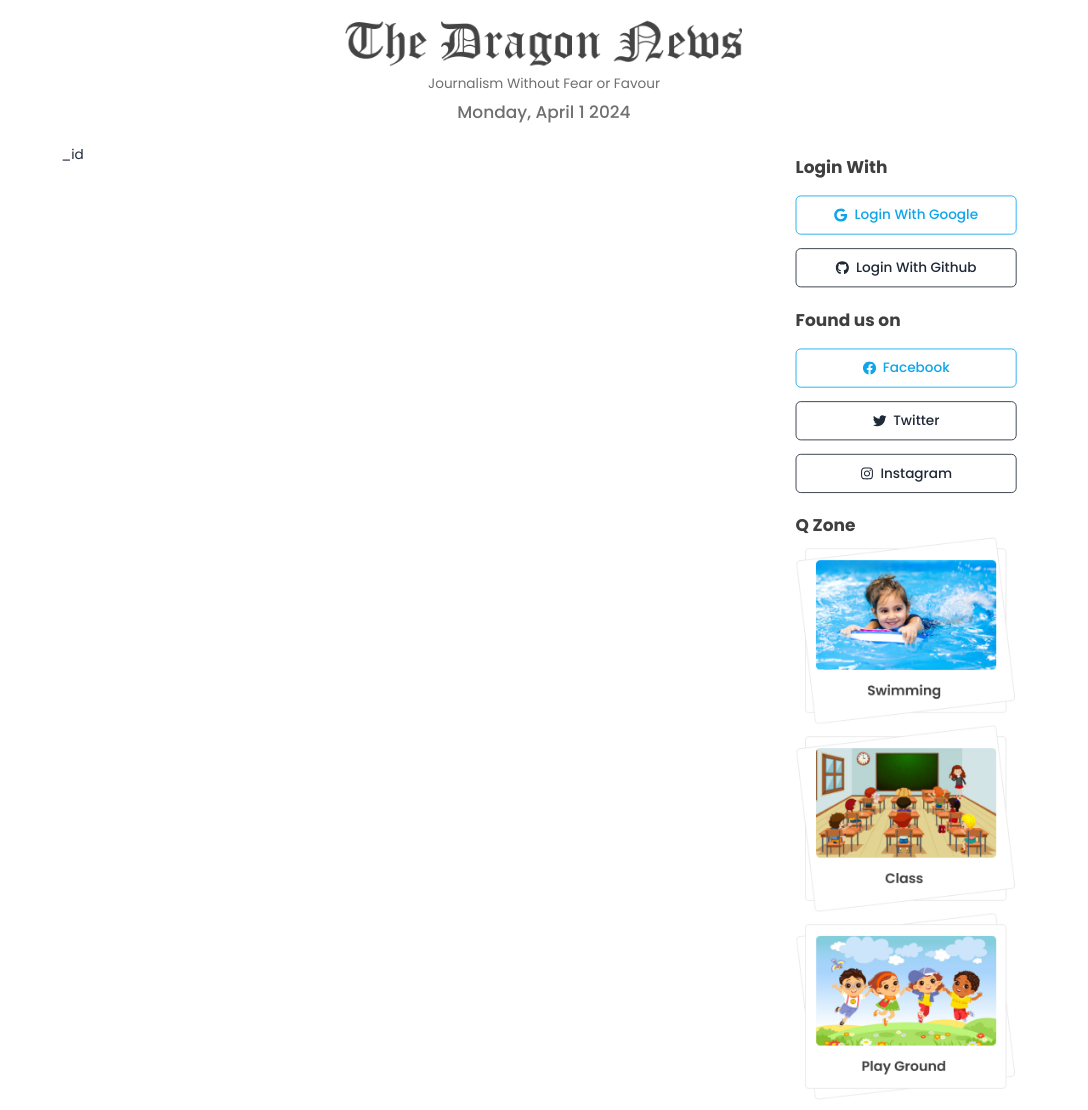
Repository: ShouravAhammed/react-dragon-news-auth
Page: /news/0282e0e58a5c404fbd15261f11c2ab6a
The author's editor kept a copy of each file at every save. The page is drawn from the files as they stood at one save, then again after the next save.
The browser window is 1280 px wide. The pictures show the whole page, at 85% of full size.
The project was rebuilt for these pictures with package versions that can differ from the ones it lists, and the page was loaded fresh each time. Also part of the build but not shown: vite.config.js, src/pages/BreakingNews/BreakingNews.jsx, src/pages/Register/News.jsx, src/pages/Shared/LeftSideNav/LeftSideNav.jsx, src/pages/Shared/Navbar/Navbar.jsx, src/pages/Home/Home.jsx, src/pages/About/About.jsx, src/pages/Career/Career.jsx and 2 more.

Above is the page before, as saved 2024-04-14 18:34:25.

After the next save:
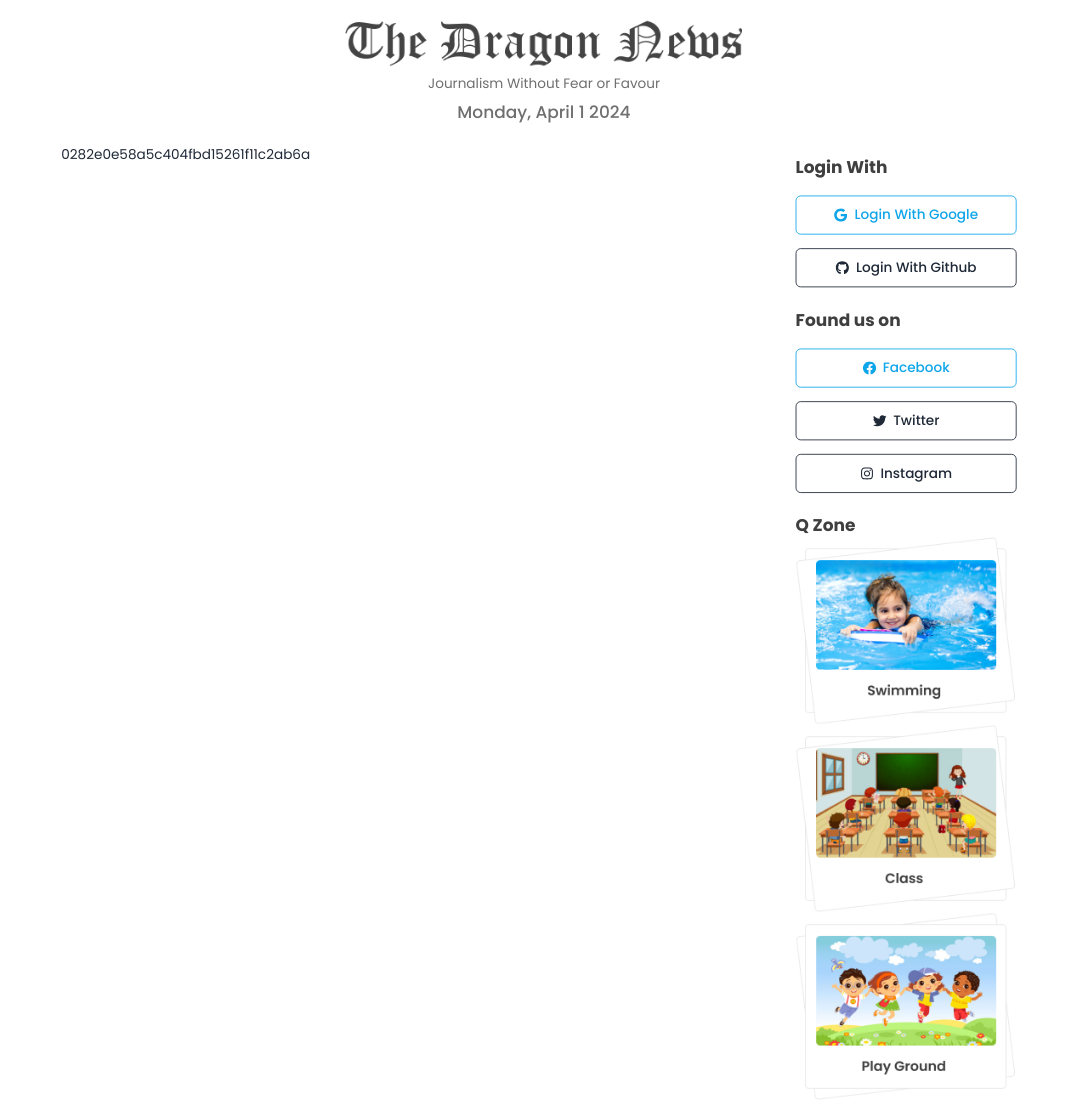
Saved 8 s later.
--- a/src/pages/NewsPage/NewsPage.jsx
+++ b/src/pages/NewsPage/NewsPage.jsx
@@ -12,7 +12,7 @@ const NewsPage = () => {
             <Header></Header>
             <div className="grid grid-cols-4">
                 <div className="col-span-3">
-                    <p>_id</p>
+                    <p>{_id}</p>
                 </div>
                 <div className="col-span-1">
                         <RightSideNav></RightSideNav>
